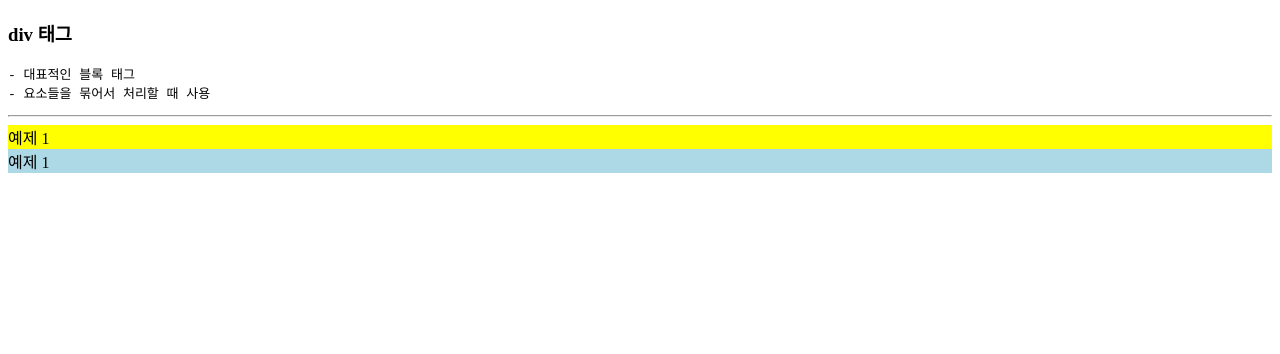
Repository: marudaga/html-css-lecture
Page: work/study/src/main/webapp/htmlEx/ch03/ex03.html
These files come from the project's save history. The page is drawn as it stood at one moment and after the next save; the edit follows.
The browser window is 1280 px wide. The pictures show the whole page.

Above is the page before, as saved 2022-09-06 07:04:45.

### work/study/src/main/webapp/htmlEx/ch03/ex03.html
<!DOCTYPE html>
<html>
<head>
<meta charset="UTF-8">
<title>Insert title here</title>
</head>
<body>

<h3> div 태그</h3>
<pre>
- 대표적인 블록 태그
- 요소들을 묶어서 처리할 때 사용
</pre>
<hr>

<!-- 내용이 없는경우 height 속성이 없으면 표시되지 않는다. -->
<div style="background: yellow;">예제 1</div>
<div style="background: red;"></div>
<div style="background: lightblue;">예제 1</div>
<div style="background: #eee;"></div>
</body>
</html>

After the next save:
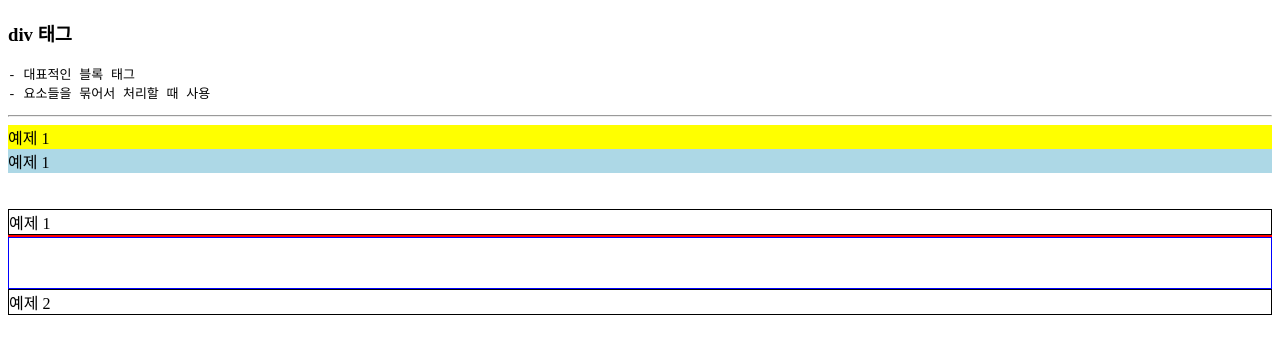
Saved 110 s later.
--- a/work/study/src/main/webapp/htmlEx/ch03/ex03.html
+++ b/work/study/src/main/webapp/htmlEx/ch03/ex03.html
@@ -13,10 +13,17 @@
 </pre>
 <hr>
 
-<!-- 내용이 없는경우 height 속성이 없으면 표시되지 않는다. -->
+<!-- 내용이 없으면서 height 속성이 없으면 표시되지 않는다. -->
 <div style="background: yellow;">예제 1</div>
 <div style="background: red;"></div>
 <div style="background: lightblue;">예제 1</div>
 <div style="background: #eee;"></div>
+<br><br>
+
+<!--  내용이 없으면서 height 속성 없으면 border은 top만 표시 -->
+<div style="border: 1px solid #000;">예제 1</div>
+<div style="border: 1px solid #f00;"></div>
+<div style="border: 1px solid #00f; height: 50px;"></div>
+<div style="border: 1px solid #000;">예제 2</div>
 </body>
 </html>
